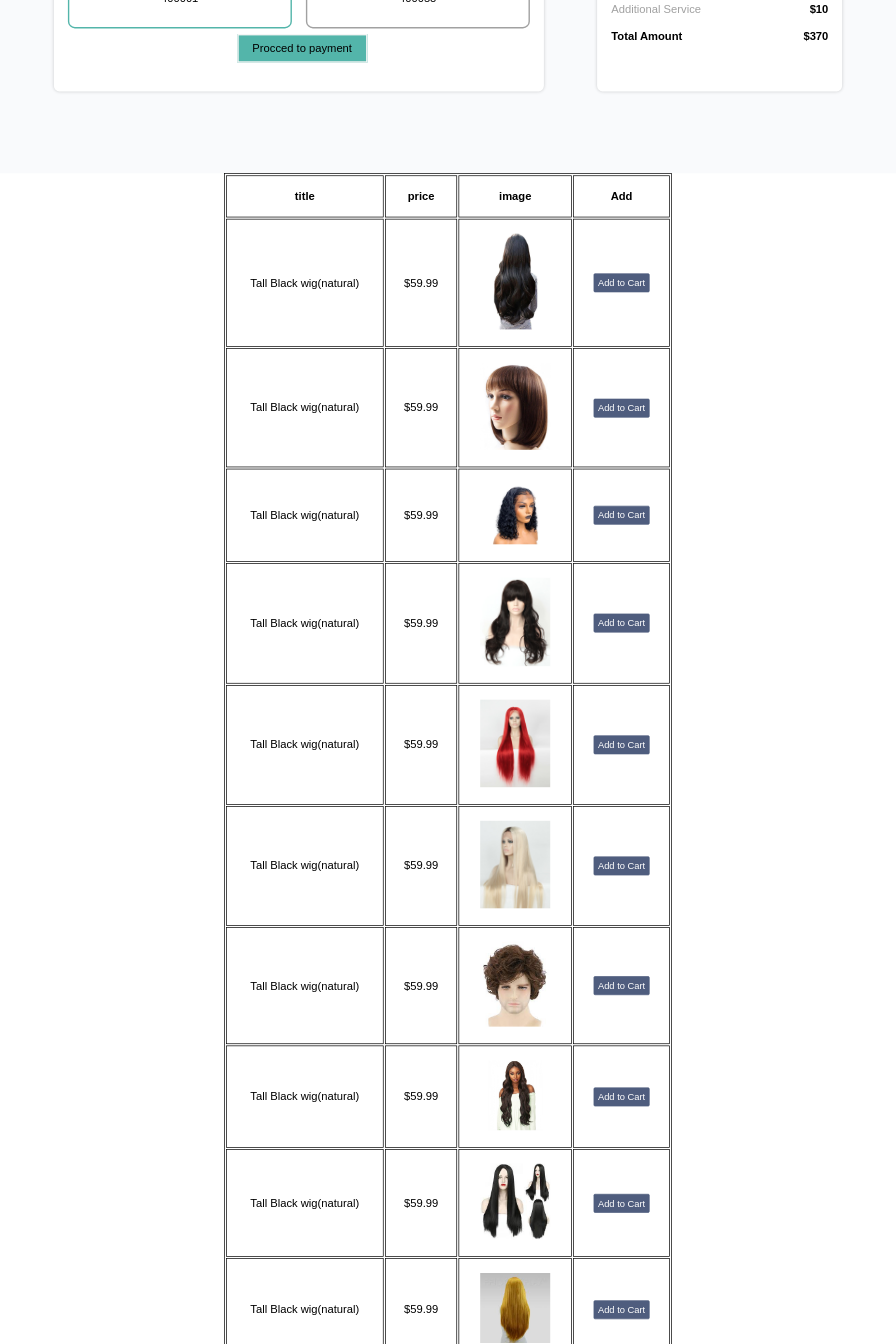
Repository: Zzero202/Zzero202
Page: index.html
These files come from the project's save history. The page is drawn as it stood at one moment and after the next save; the edit follows.
The browser window is 1280 px wide. The pictures show the part of the page from y = 2682 to 4602 px (the page is 5025 px tall), at 70% of full size.
A picture or video elsewhere on the page could not be fetched, so the positions and the page height are approximate.

Above is the page before, as saved 2021-12-09 01:52:36.

After the next save:
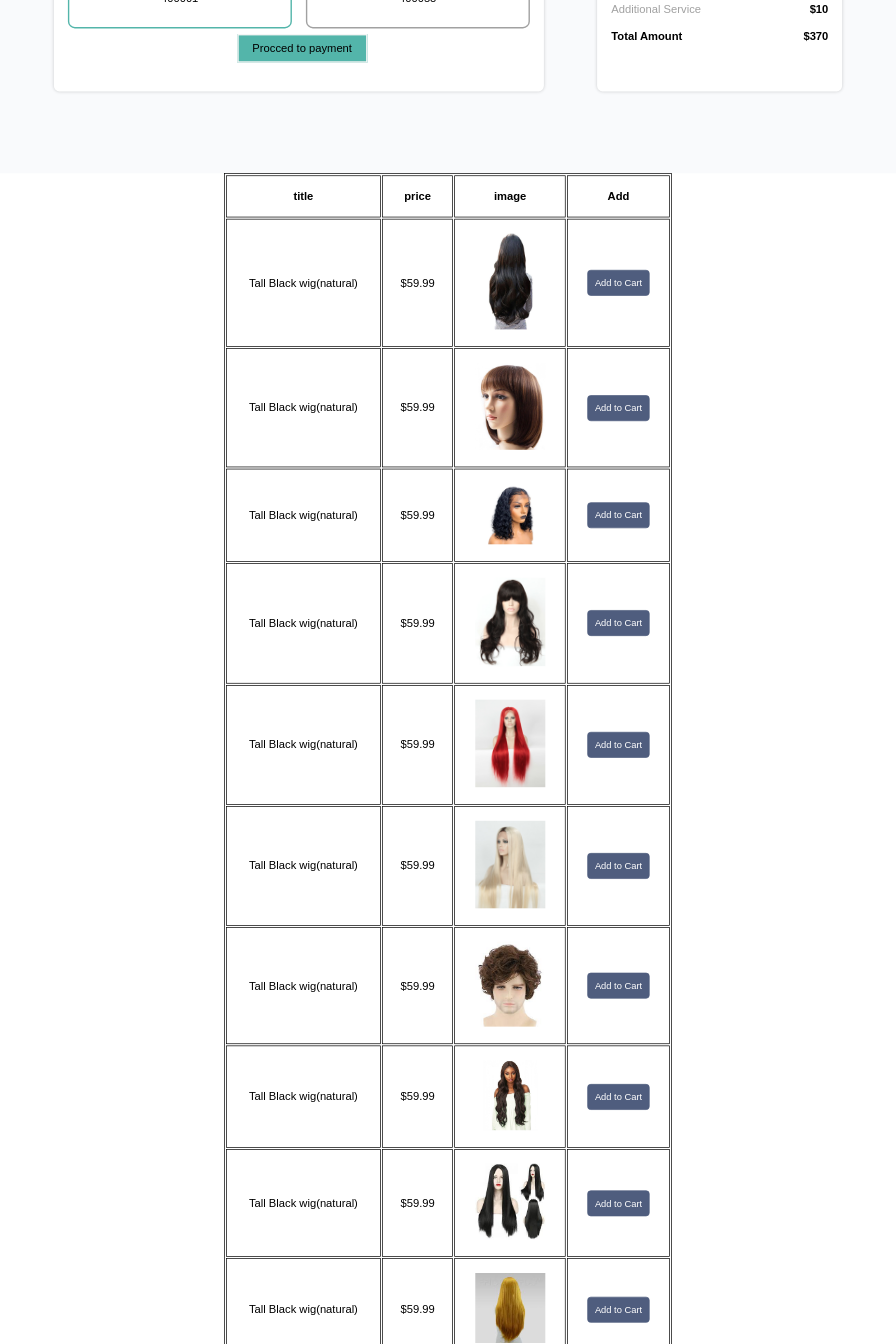
Saved 5 s later.
--- a/index.html
+++ b/index.html
@@ -719,8 +719,8 @@ footer a {
   table tr td button{
     border:1px solid #4f5d7e;
     background:#4f5d7e;
-    border-radius: 2px;
-    padding:5px;
+    border-radius: 5px;
+    padding:10px;
     color:#fff;
 
   }
